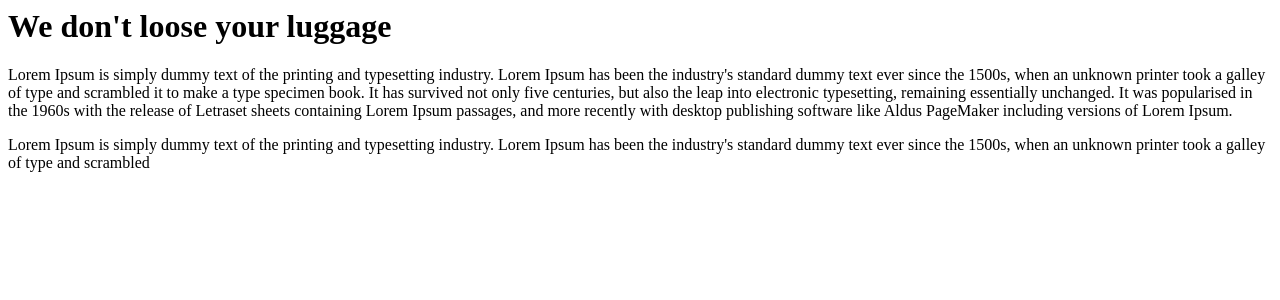
Repository: EddieMachete/showmakers
Page: OurPhilosophyContent.html
The author's editor kept a record of every edit. The page is drawn from the files as they stood at one moment, then again after the next edit.
The browser window is 1280 px wide. The pictures show the whole page.

Above is the page before.

### OurPhilosophyContent.html
<div class="our-philosophy-content container round-corners-8">
    <div class="message">
        <h1>We don&apos;t loose your luggage</h1>
        <p>
            Lorem Ipsum is simply dummy text of the printing and typesetting industry. Lorem Ipsum has been the industry's standard dummy text ever since the 1500s, when an unknown printer took a galley of type and scrambled it to make a type specimen book. It has survived not only five centuries, but also the leap into electronic typesetting, remaining essentially unchanged. It was popularised in the 1960s with the release of Letraset sheets containing Lorem Ipsum passages, and more recently with desktop publishing software like Aldus PageMaker including versions of Lorem Ipsum.
        </p>
        <p>
            Lorem Ipsum is simply dummy text of the printing and typesetting industry. Lorem Ipsum has been the industry's standard dummy text ever since the 1500s, when an unknown printer took a galley of type and scrambled
        </p>
    </div>
</div>

After the next edit:
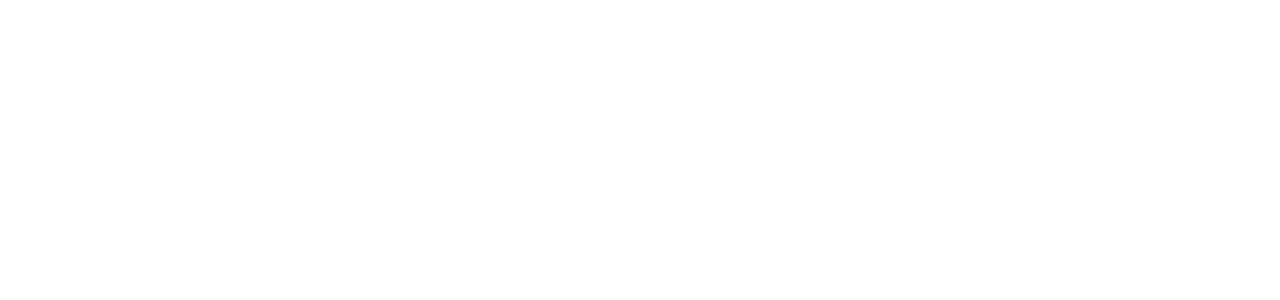
The edit:
--- a/OurPhilosophyContent.html
+++ b/OurPhilosophyContent.html
@@ -1,4 +1,4 @@
-<div class="our-philosophy-content container round-corners-8">
+<!--<div class="our-philosophy-content container round-corners-8">
     <div class="message">
         <h1>We don&apos;t loose your luggage</h1>
         <p>

After the edit that followed:
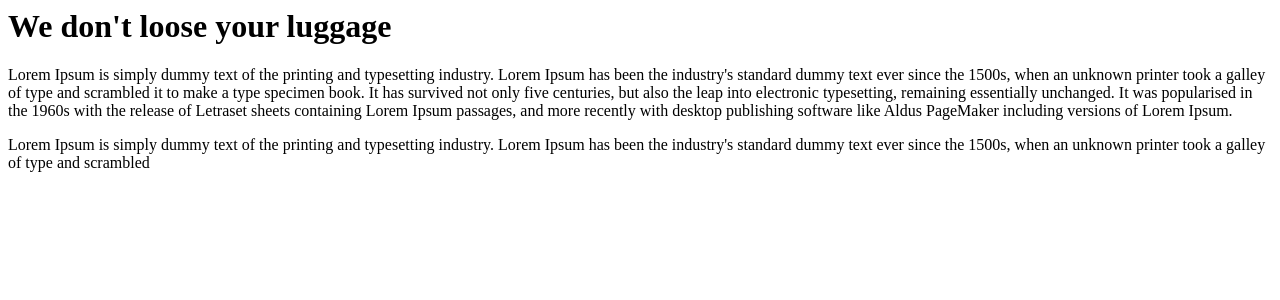
The edit:
--- a/OurPhilosophyContent.html
+++ b/OurPhilosophyContent.html
@@ -1,4 +1,4 @@
-<!--<div class="our-philosophy-content container round-corners-8">
+<div class="our-philosophy-content container round-corners-8">
     <div class="message">
         <h1>We don&apos;t loose your luggage</h1>
         <p>
